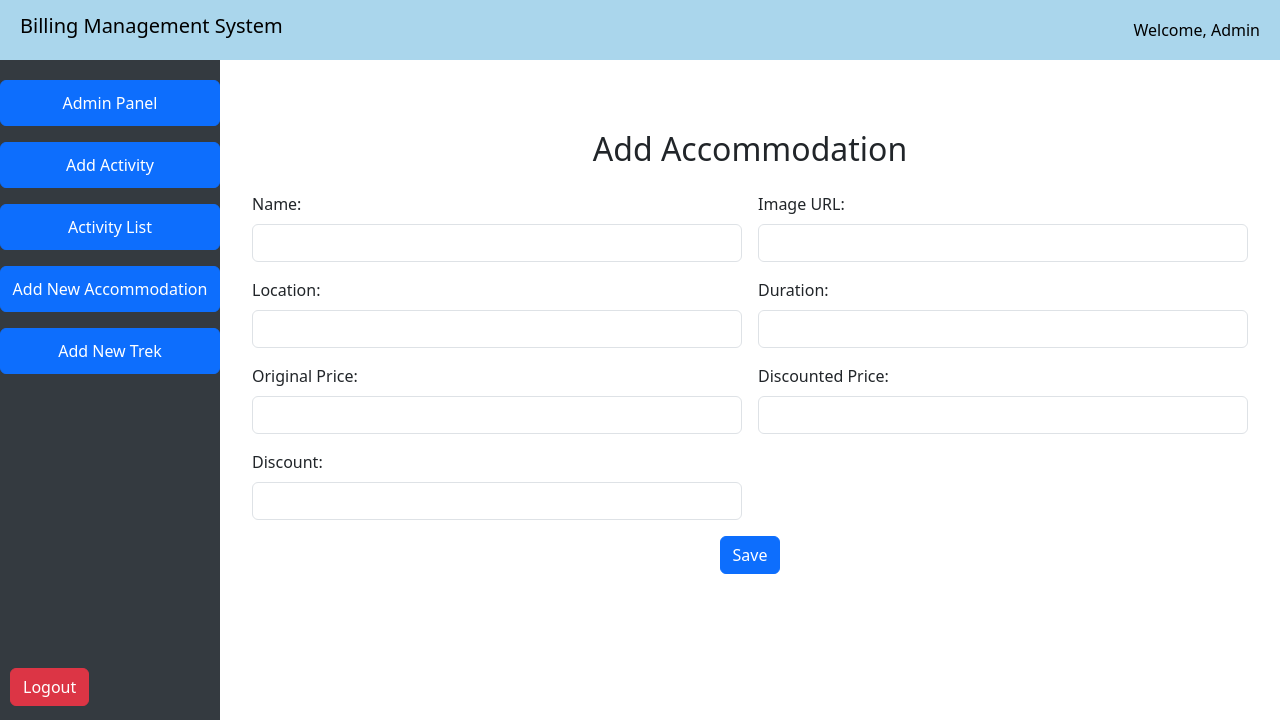
Repository: ruturajsurwase/Thymleaf-Projects
Page: http://localhost/accommodationcamp-form
An editor plug-in stored every save of this project. The page is shown before and after the next save, followed by the edit.
The browser window is 1280 px wide. The pictures show the whole page.
The page is this project's Thymeleaf template; nobody is signed in. The template is opened directly, without the code that normally fills it, so the values that code supplies are empty.

Above is the page before, as saved 2024-12-12 09:24:18.

### WEEKENDFEELS/src/main/resources/templates/accommodationcamp-form.html
<!DOCTYPE html>
<html lang="en" xmlns:th="http://www.thymeleaf.org">

<head>
    <meta charset="UTF-8">
    <meta name="viewport" content="width=device-width, initial-scale=1.0">
    <title>Add Accommodation Camp</title>
    <!-- Bootstrap CSS -->
    <link href="https://cdn.jsdelivr.net/npm/bootstrap@5.3.0-alpha3/dist/css/bootstrap.min.css" rel="stylesheet">
    <style>
        .container {
            margin-top: 30px;
        }

        .topbar {
            width: 100%;
            height: 60px;
            background-color: #aad6ec;
            color: black;
            position: fixed;
            top: 0;
            left: 0;
            z-index: 1000;
            display: flex;
            align-items: center;
            justify-content: space-between;
            padding: 0 20px;
        }

        .sidebar {
            height: 100vh;
            position: fixed;
            left: 0;
            top: 60px;
            background-color: #343a40;
            color: white;
            padding-top: 20px;
            width: 220px;
        }

        .sidebar a {
            color: white;
            display: block;
            padding: 10px;
            text-decoration: none;
            font-size: 16px;
        }

        .sidebar a:hover {
            background-color: #81b1ce;
        }

        .content {
            margin-left: 220px;
            margin-top: 80px;
            padding: 20px;
        }

        .logout-btn {
            position: absolute;
            bottom: 74px;
            width: 90%;
            left: 10px;
        }
    </style>
</head>

<body>

    <!-- Topbar -->
    <div class="topbar">
        <div class="logo">
            <h5>Billing Management System</h5>
        </div>
        <div class="user-info">
            <span>Welcome, Admin</span>
        </div>
    </div>

    <!-- Sidebar -->
    <div class="sidebar">

        <a href="/" class="btn btn-primary btn-block mb-3">Admin Panel</a>

		<a href="/add" 	class="btn btn-primary btn-block mb-3">Add Activity</a>

		<a href="/listActivities" 	class="btn btn-primary btn-block mb-3">Activity List</a>

		<a href="/accommodations/add" class="btn btn-primary btn-block mb-3">Add New Accommodation</a>


	    <a href="/trek/add" class="btn btn-primary btn-block mb-3">Add New Trek</a>


        <form th:action="@{/logout}" method="post" class="logout-btn">
            <button type="submit" class="btn btn-danger btn-block">Logout</button>
        </form>
    </div>

    <!-- Main Content -->
    <div class="content">
        <div class="container">
            <h2 class="text-center mb-4">Add Accommodation</h2>
            <form action="/accommodations/save" method="post" class="row g-3">
                <div class="col-md-6">
                    <label class="form-label" for="name">Name:</label>
                    <input type="text" id="name" name="name" class="form-control" required>
                </div>

                <div class="col-md-6">
                    <label class="form-label" for="imageUrl">Image URL:</label>
                    <input type="text" id="imageUrl" name="imageUrl" class="form-control" required>
                </div>

                <div class="col-md-6">
                    <label class="form-label" for="location">Location:</label>
                    <input type="text" id="location" name="location" class="form-control" required>
                </div>

                <div class="col-md-6">
                    <label class="form-label" for="duration">Duration:</label>
                    <input type="text" id="duration" name="duration" class="form-control" required>
                </div>

                <div class="col-md-6">
                    <label class="form-label" for="originalPrice">Original Price:</label>
                    <input type="text" id="originalPrice" name="originalPrice" class="form-control" required>
                </div>

                <div class="col-md-6">
                    <label class="form-label" for="discountedPrice">Discounted Price:</label>
                    <input type="text" id="discountedPrice" name="discountedPrice" class="form-control" required>
                </div>

                <div class="col-md-6">
                    <label class="form-label" for="discount">Discount:</label>
                    <input type="text" id="discount" name="discount" class="form-control" required>
                </div>

                <div class="col-12 text-center">
                    <button type="submit" class="btn btn-primary">Save</button>
                </div>
            </form>
        </div>
    </div>

    <!-- Bootstrap JS -->
    <script src="https://cdn.jsdelivr.net/npm/bootstrap@5.3.0-alpha3/dist/js/bootstrap.bundle.min.js"></script>

</body>

</html>

After the next save:
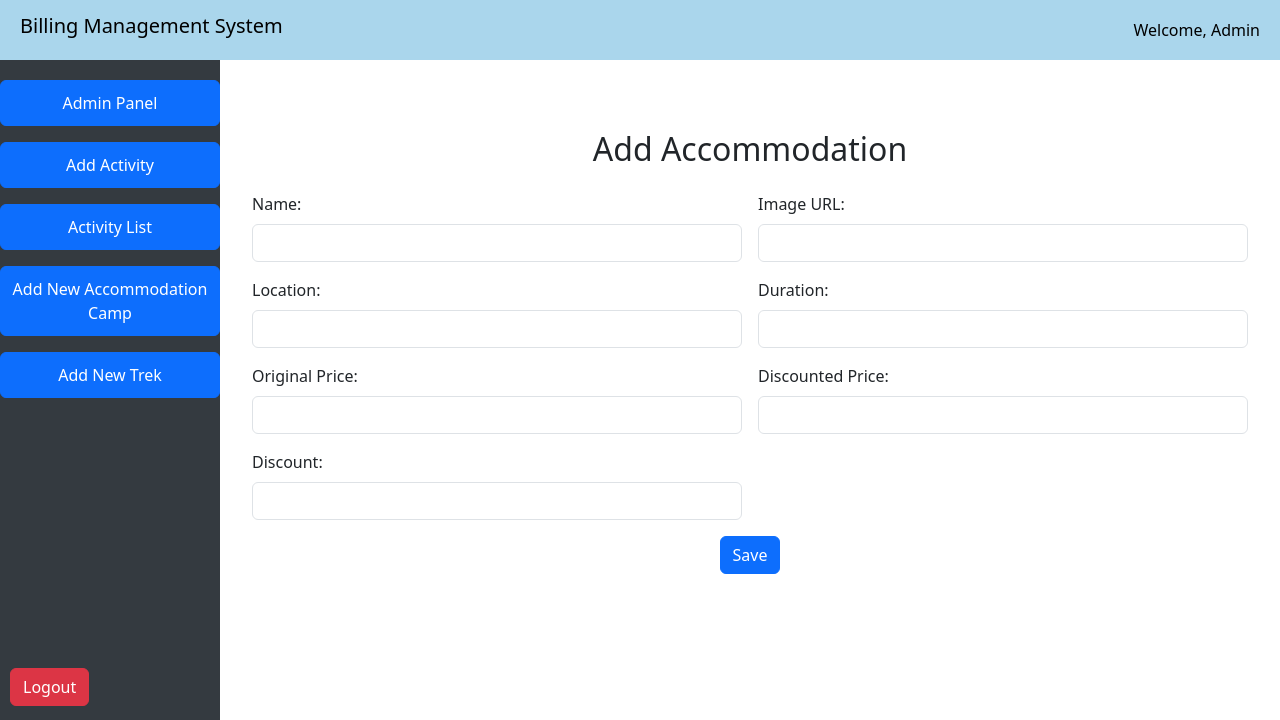
Saved 9 s later.
--- a/WEEKENDFEELS/src/main/resources/templates/accommodationcamp-form.html
+++ b/WEEKENDFEELS/src/main/resources/templates/accommodationcamp-form.html
@@ -86,7 +86,7 @@
 
 		<a href="/listActivities" 	class="btn btn-primary btn-block mb-3">Activity List</a>
 
-		<a href="/accommodations/add" class="btn btn-primary btn-block mb-3">Add New Accommodation</a>
+		<a href="/accommodations/add" class="btn btn-primary btn-block mb-3">Add New Accommodation Camp</a>
 
 
 	    <a href="/trek/add" class="btn btn-primary btn-block mb-3">Add New Trek</a>
